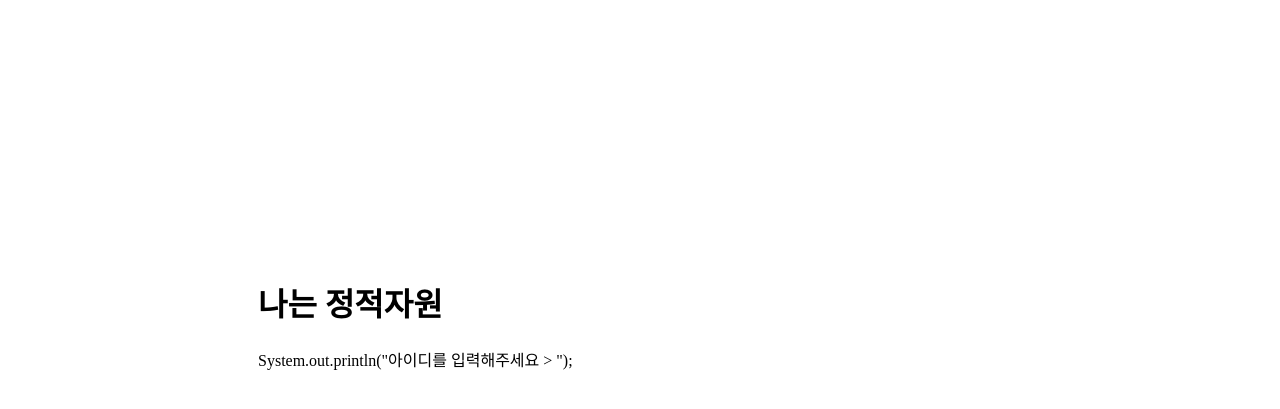
Repository: whgdkfk/web-workspace
Page: BurgerKingProject/src/main/webapp/static/Request_Page.html
The author's editor kept a copy of each file at every save. The page is drawn from the files as they stood at one save, then again after the next save.
The browser window is 1280 px wide. The pictures show the whole page.

Above is the page before, as saved 2025-03-07 08:41:21.

### BurgerKingProject/src/main/webapp/static/Request_Page.html
<!DOCTYPE html>
<html>
<head>
<meta charset="UTF-8">
<title>눌렀음</title>
<style>
	body {
		padding: 250px;
	}
</style>
</head>
<body>
	<h1>나는 정적자원</h1>

	System.out.println("아이디를 입력해주세요 > ");

</body>
</html>

After the next save:
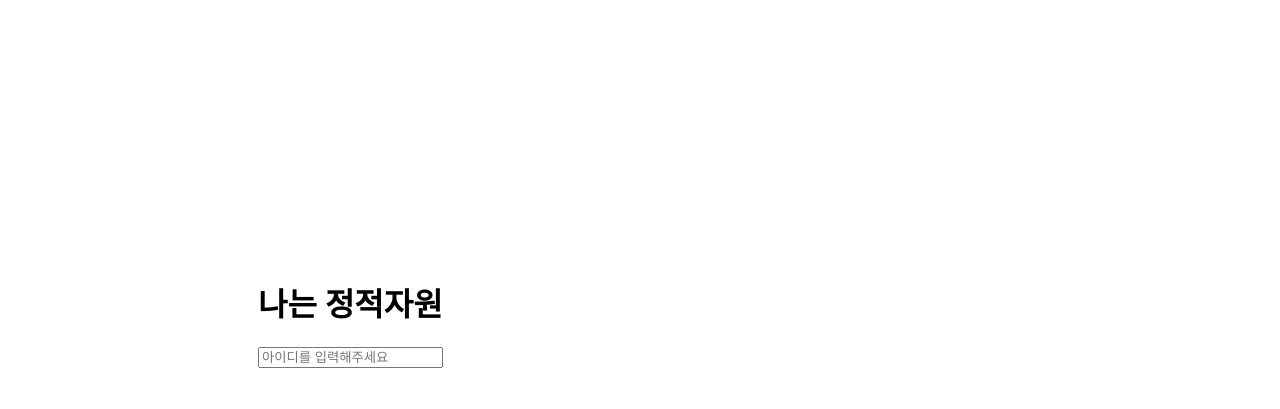
Saved 36 s later.
--- a/BurgerKingProject/src/main/webapp/static/Request_Page.html
+++ b/BurgerKingProject/src/main/webapp/static/Request_Page.html
@@ -12,7 +12,7 @@
 <body>
 	<h1>나는 정적자원</h1>
 
-	System.out.println("아이디를 입력해주세요 > ");
+	<input type="text" placeholder="아이디를 입력해주세요"/>
 
 </body>
 </html>
